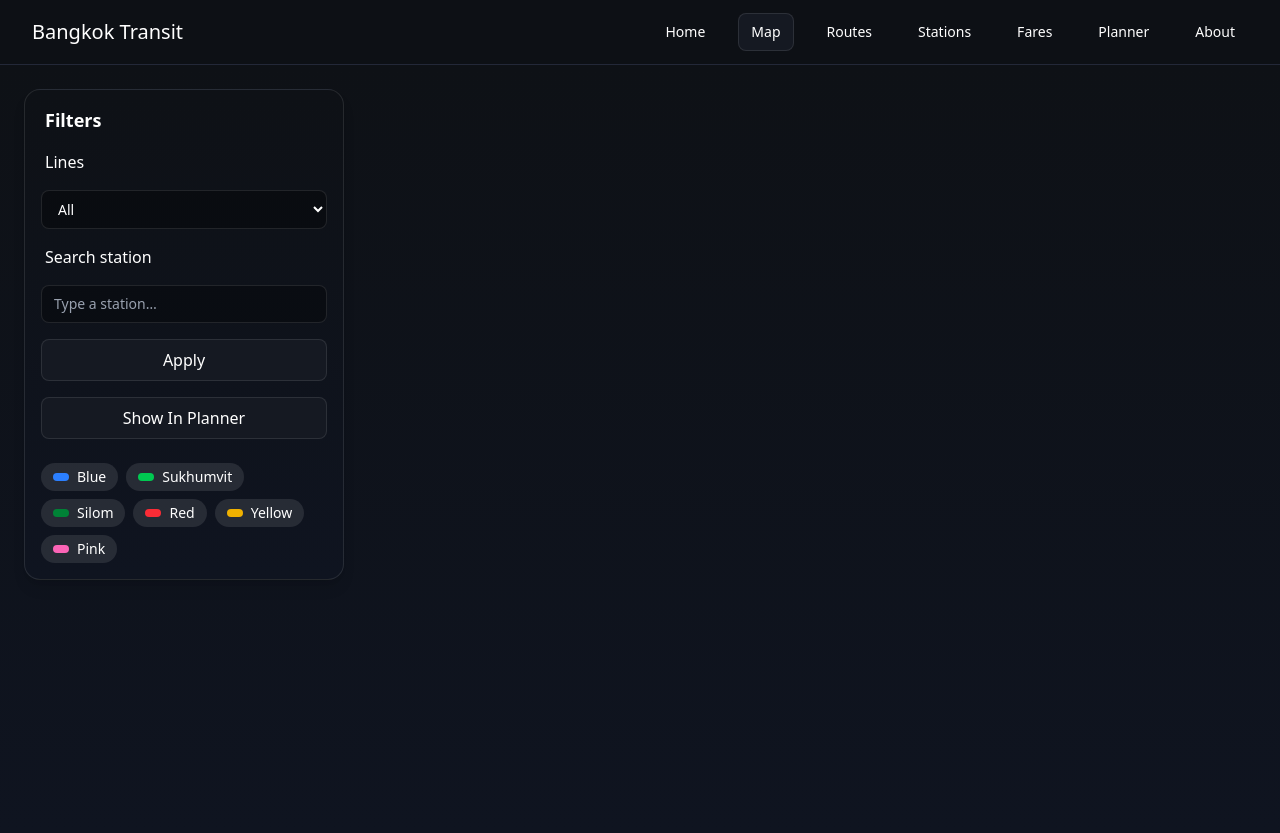
Repository: pyaestk/Bangkok-transit-map
Page: /map
The author's editor kept a copy of each file at every save. The page is drawn from the files as they stood at one save, then again after the next save.
The browser window is 1280 px wide. The pictures show the whole page.
The project was rebuilt for these pictures with package versions that can differ from the ones it lists, and the page was loaded fresh each time. Also part of the build but not shown: vite.config.ts, src/pages/Home.tsx, src/pages/Planner.tsx, src/pages/Stations.tsx, src/pages/TrainRoutes.tsx, src/pages/Fares.tsx, src/pages/About.tsx.

Above is the page before, as saved 2025-10-04 10:13:22.

### index.html
<!doctype html>
<html lang="en">
  <head>
    <meta charset="UTF-8" />
    <link rel="icon" type="image/svg+xml" href="/vite.svg" />
    <meta name="viewport" content="width=device-width, initial-scale=1.0" />
    <title>bangkok-transit-map</title>
  </head>
  <body>
    <div id="root"></div>
    <script type="module" src="/src/main.tsx"></script>
  </body>
</html>

### src/main.tsx
import { StrictMode } from 'react'
import { createRoot } from 'react-dom/client'
import './index.css'
import App from './App.tsx'
import { BrowserRouter as Router } from 'react-router'

createRoot(document.getElementById('root')!).render(
  <StrictMode>
    <Router>
      <App />
    </Router>
  </StrictMode>,
)

### src/App.tsx
import "./App.css";
import NavBar from "./component/NavBar";
import { Routes, Route } from "react-router-dom";
import Home from "./pages/Home";
import Map from "./pages/Map";
import Planner from "./pages/Planner";
import Stations from "./pages/Stations";
import TrainRoutes from "./pages/TrainRoutes";
import Fares from "./pages/Fares";
import About from "./pages/About";


function App() {
  return (
    <div className="min-h-screen flex flex-col">
      {/* Navbar at the top */}
      <NavBar />

      {/* Main content area */}
      <main className="flex-1 p-6 bg-[linear-gradient(180deg,rgba(14,17,22,1)_0%,rgba(15,20,32,1)_100%)]">
        <Routes>
          <Route
            path="/"
            element={ <Home/> }
          />
          <Route
            path="/map"
            element={ <Map/> }
          />
          <Route
            path="/planner"
            element={ <Planner/>}
          />
          <Route
            path="/routes"
            element={<TrainRoutes/>}
          />
          <Route
            path="/stations"
            element={<Stations/>}
          />
          <Route
            path="/fares"
            element={<Fares/>}
          />
          <Route
            path="/about"
            element={<About/>}
          />
        </Routes>
      </main>
    </div>
  );
}

export default App;

### src/App.css
@import "tailwindcss";

:root {
  background: linear-gradient(180deg, rgba(14,17,22,1) 0%, rgba(15,20,32,1) 100%);
}

### src/component/NavBar.tsx
import { NavLink } from "react-router-dom";
import { useState } from "react";

function NavBar() {
  const [open, setOpen] = useState(false);

  const baseClasses =
    "px-3 py-2 text-sm border border-transparent block text-center";
  const inactiveClasses = "text-white transition-colors";
  const activeClasses = "bg-[#151922] border rounded-lg text-white border-white/10";

  const links = [
    { to: "/", label: "Home" },
    { to: "/map", label: "Map" },
    { to: "/routes", label: "Routes" },
    { to: "/stations", label: "Stations" },
    { to: "/fares", label: "Fares" },
    { to: "/planner", label: "Planner" },
    { to: "/about", label: "About" },
  ];

  return (
    <nav className="sticky top-0 z-50 bg-[#0e1116cc] border-b border-[#232838] backdrop-blur-[5px] backdrop-brightness-[100%] [-webkit-backdrop-filter:blur(5px)_brightness(100%)]">
      <div className="max-w-7xl mx-auto px-4 sm:px-6 lg:px-8">
        <div className="flex items-center justify-between h-16">
          {/* Left side (Logo / Brand) */}
          <div className="flex-shrink-0 text-white text-xl">
            Bangkok Transit
          </div>

          {/* Desktop links */}
          <div className="hidden md:flex space-x-5">
            {links.map((l) => (
              <NavLink
                key={l.to}
                to={l.to}
                className={({ isActive }) =>
                  `${baseClasses} ${isActive ? activeClasses : inactiveClasses}`
                }
              >
                {l.label}
              </NavLink>
            ))}
          </div>

          {/* Mobile hamburger button */}
          <div className="md:hidden">
            <button
              aria-label="Toggle menu"
              onClick={() => setOpen((s) => !s)}
              className="inline-flex items-center justify-center p-2 rounded-md text-white hover:bg-white/5 focus:outline-none focus:ring-2 focus:ring-white"
            >
              <span className="sr-only">Open main menu</span>
              {/* Hamburger / X icon */}
              <svg
                className={`h-6 w-6 ${open ? "hidden" : "block"}`}
                xmlns="http://www.w3.org/2000/svg"
                fill="none"
                viewBox="0 0 24 24"
                strokeWidth={2}
                stroke="currentColor"
                aria-hidden="true"
              >
                <path
                  strokeLinecap="round"
                  strokeLinejoin="round"
                  d="M3 6h18M3 12h18M3 18h18"
                />
              </svg>
              <svg
                className={`h-6 w-6 ${open ? "block" : "hidden"}`}
                xmlns="http://www.w3.org/2000/svg"
                fill="none"
                viewBox="0 0 24 24"
                strokeWidth={2}
                stroke="currentColor"
                aria-hidden="true"
              >
                <path
                  strokeLinecap="round"
                  strokeLinejoin="round"
                  d="M6 18L18 6M6 6l12 12"
                />
              </svg>
            </button>
          </div>
        </div>
      </div>

      {/* Mobile menu, shown when open is true */}
      <div className={`md:hidden ${open ? "block" : "hidden"} `}>
        <div className="px-2 pt-2 pb-3 space-y-1">
          {links.map((l) => (
            <NavLink
              key={l.to}
              to={l.to}
              onClick={() => setOpen(false)}
              className={({ isActive }) =>
                `${baseClasses} ${isActive ? activeClasses : inactiveClasses}`
              }
            >
              {l.label}
            </NavLink>
          ))}
        </div>
      </div>
    </nav>
  );
}

export default NavBar;

### src/pages/Map.tsx
import FiltersCard from "../component/FiltersCard";

export default function Map() {
  return (
    <div className="min-h-screen">
      <FiltersCard/>
    </div>
  )
}

### src/component/FiltersCard.tsx
export default function FiltersCard() {
  return (
    <div className="p-4 rounded-2xl bg-[linear-gradient(180deg,rgba(14,17,22,1)_0%,rgba(15,20,32,1)_100%)] border border-white/10 shadow-lg w-80 text-white">
      <h2 className="text-lg font-bold mb-4 mx-1">Filters</h2>

      {/* Lines */}
      <label className="block my-4 mx-1">Lines</label>
      <select className="w-full px-3 py-2 rounded-lg bg-black/30 border border-white/10 focus:outline-none text-sm">
        <option>All</option>
        <option>Blue</option>
        <option>Red</option>
        <option>Yellow</option>
      </select>

      {/* Search station */}
      <label className="block my-4 mx-1">Search station</label>
      <input
        type="text"
        placeholder="Type a station…"
        className="w-full text-sm px-3 py-2 rounded-lg bg-black/30 border border-white/10 placeholder-gray-400 focus:outline-none"
      />

      {/* Buttons */}
      <div className="flex flex-col space-y-4 mt-4">
        <button className="px-4 py-2 rounded-lg bg-[#151922] border text-white border-white/10 hover:bg-white/10">Apply</button>
        <button className="px-4 py-2 rounded-lg bg-[#151922] border text-white border-white/10 hover:bg-white/10">Show In Planner</button>
      </div>

      {/* Line Pills */}
      <div className="flex flex-wrap gap-2 mt-6 text-sm">
        <span className="flex items-center px-3 py-1 rounded-full bg-white/10">
          <span className="w-4 h-2 rounded-full bg-blue-500 mr-2"></span>
          Blue
        </span>
        <span className="flex items-center px-3 py-1 rounded-full bg-white/10">
          <span className="w-4 h-2 rounded-full bg-green-500 mr-2"></span>
          Sukhumvit
        </span>
        <span className="flex items-center px-3 py-1 rounded-full bg-white/10">
          <span className="w-4 h-2 rounded-full bg-green-700 mr-2"></span>
          Silom
        </span>
        <span className="flex items-center px-3 py-1 rounded-full bg-white/10">
            <span className="w-4 h-2 rounded-full bg-red-500 mr-2"></span> Red
        </span>
        <span className="flex items-center px-3 py-1 rounded-full bg-white/10">
            <span className="w-4 h-2 rounded-full bg-yellow-500 mr-2"></span> Yellow
        </span>
        <span className="flex items-center px-3 py-1 rounded-full bg-white/10">
            <span className="w-4 h-2 rounded-full bg-pink-400 mr-2"></span> Pink
        </span>
      </div>
    </div>
  )
}

Loaded but not shown: src/index.css (common file)

After the next save:
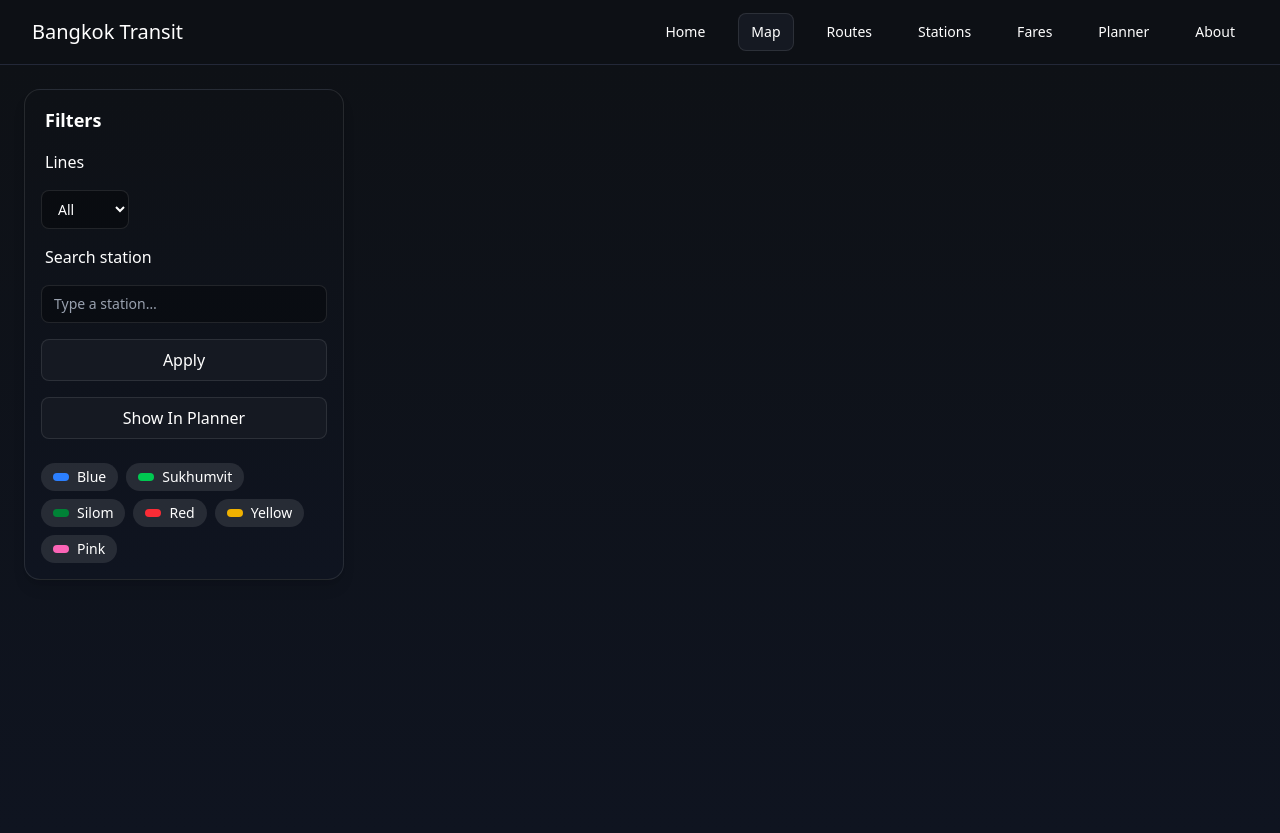
Saved 15 s later.
--- a/src/component/FiltersCard.tsx
+++ b/src/component/FiltersCard.tsx
@@ -5,7 +5,7 @@
 
       {/* Lines */}
       <label className="block my-4 mx-1">Lines</label>
-      <select className="w-full px-3 py-2 rounded-lg bg-black/30 border border-white/10 focus:outline-none text-sm">
+      <select className="px-3 py-2 rounded-lg bg-black/30 border border-white/10 focus:outline-none text-sm">
         <option>All</option>
         <option>Blue</option>
         <option>Red</option>

After the save that followed:
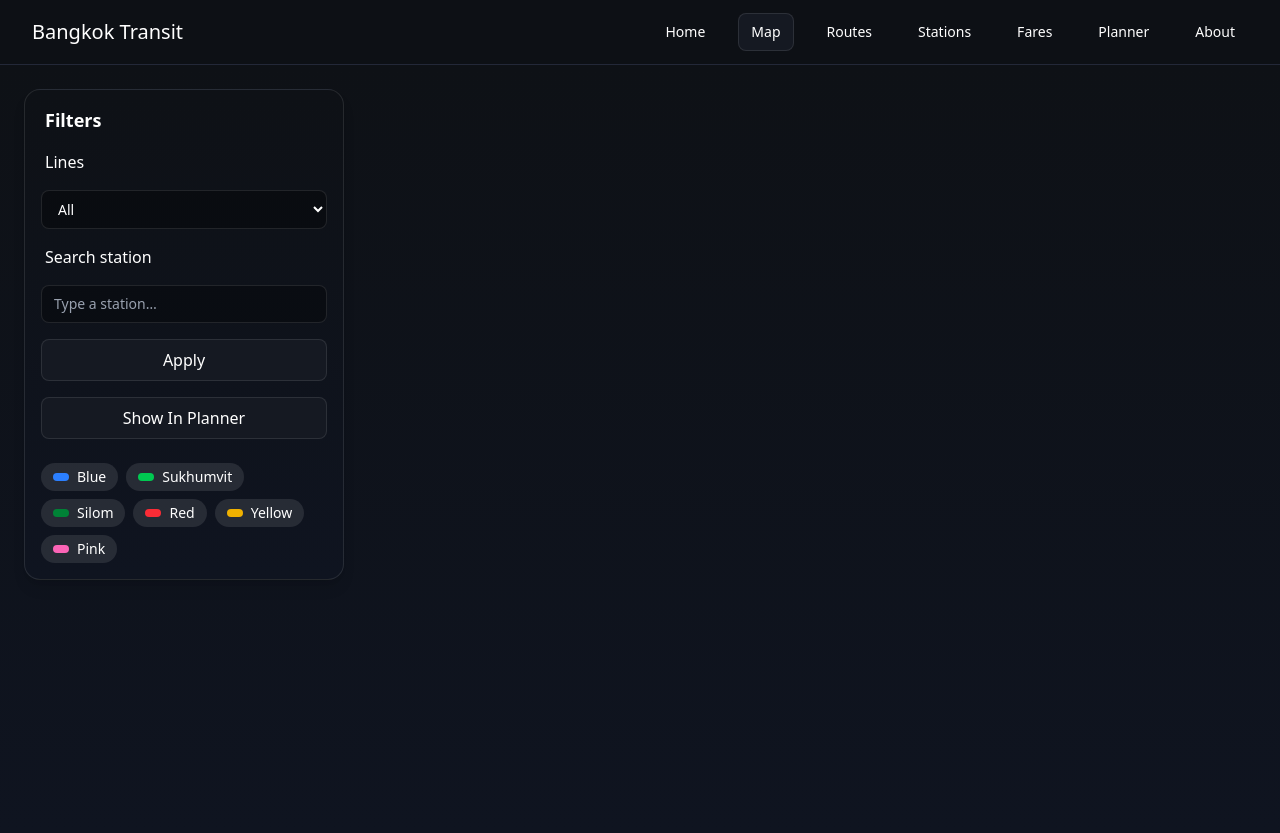
Saved 5 s later.
--- a/src/component/FiltersCard.tsx
+++ b/src/component/FiltersCard.tsx
@@ -5,7 +5,7 @@
 
       {/* Lines */}
       <label className="block my-4 mx-1">Lines</label>
-      <select className="px-3 py-2 rounded-lg bg-black/30 border border-white/10 focus:outline-none text-sm">
+      <select className="w-full px-3 py-2 rounded-lg bg-black/30 border border-white/10 focus:outline-none text-sm">
         <option>All</option>
         <option>Blue</option>
         <option>Red</option>
